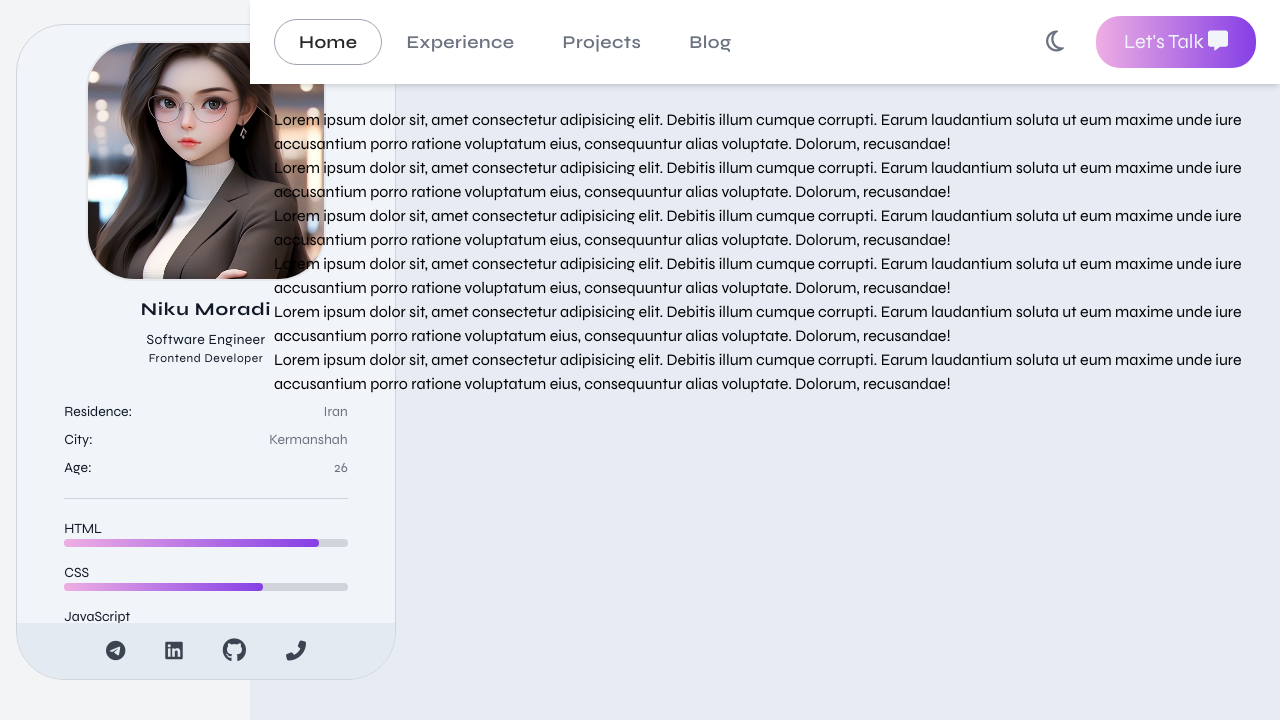
Repository: NikuMoradi/niku-moradi
Page: /
The author's editor kept a copy of each file at every save. The page is drawn from the files as they stood at one save, then again after the next save.
The browser window is 1280 px wide. The pictures show the whole page.
The project was rebuilt for these pictures with package versions that can differ from the ones it lists, and the page was loaded fresh each time. The framework's server and built-in components were replaced by stand-ins that run in the browser. Also part of the build but not shown: nuxt.config.ts, components/Blog Posts/Component-Design.vue, components/Blog.vue, components/Contact.vue, components/Education.vue, components/Experience.vue, components/Hero.vue, components/Menu.vue and 4 more.

Above is the page before, as saved 2024-12-02 17:44:48.

After the next save:
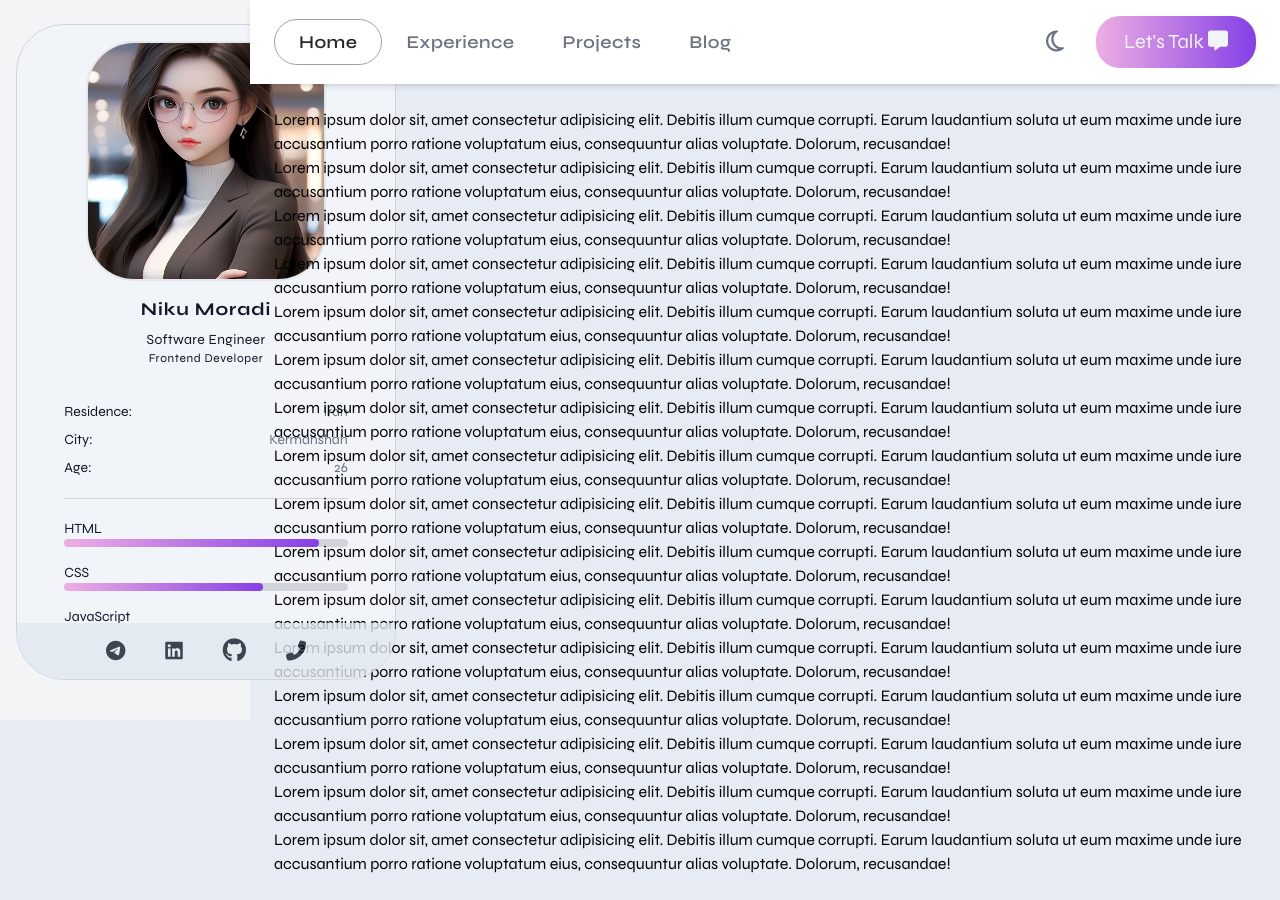
Saved 8 s later.
--- a/layouts/default.vue
+++ b/layouts/default.vue
@@ -14,6 +14,66 @@
 
       <!-- Main Content: Scrollable -->
       <main class="overflow-y-auto p-6">
+        <p>
+          Lorem ipsum dolor sit, amet consectetur adipisicing elit. Debitis
+          illum cumque corrupti. Earum laudantium soluta ut eum maxime unde iure
+          accusantium porro ratione voluptatum eius, consequuntur alias
+          voluptate. Dolorum, recusandae!
+        </p>
+        <p>
+          Lorem ipsum dolor sit, amet consectetur adipisicing elit. Debitis
+          illum cumque corrupti. Earum laudantium soluta ut eum maxime unde iure
+          accusantium porro ratione voluptatum eius, consequuntur alias
+          voluptate. Dolorum, recusandae!
+        </p>
+        <p>
+          Lorem ipsum dolor sit, amet consectetur adipisicing elit. Debitis
+          illum cumque corrupti. Earum laudantium soluta ut eum maxime unde iure
+          accusantium porro ratione voluptatum eius, consequuntur alias
+          voluptate. Dolorum, recusandae!
+        </p>
+        <p>
+          Lorem ipsum dolor sit, amet consectetur adipisicing elit. Debitis
+          illum cumque corrupti. Earum laudantium soluta ut eum maxime unde iure
+          accusantium porro ratione voluptatum eius, consequuntur alias
+          voluptate. Dolorum, recusandae!
+        </p>
+        <p>
+          Lorem ipsum dolor sit, amet consectetur adipisicing elit. Debitis
+          illum cumque corrupti. Earum laudantium soluta ut eum maxime unde iure
+          accusantium porro ratione voluptatum eius, consequuntur alias
+          voluptate. Dolorum, recusandae!
+        </p>
+        <p>
+          Lorem ipsum dolor sit, amet consectetur adipisicing elit. Debitis
+          illum cumque corrupti. Earum laudantium soluta ut eum maxime unde iure
+          accusantium porro ratione voluptatum eius, consequuntur alias
+          voluptate. Dolorum, recusandae!
+        </p>
+        <p>
+          Lorem ipsum dolor sit, amet consectetur adipisicing elit. Debitis
+          illum cumque corrupti. Earum laudantium soluta ut eum maxime unde iure
+          accusantium porro ratione voluptatum eius, consequuntur alias
+          voluptate. Dolorum, recusandae!
+        </p>
+        <p>
+          Lorem ipsum dolor sit, amet consectetur adipisicing elit. Debitis
+          illum cumque corrupti. Earum laudantium soluta ut eum maxime unde iure
+          accusantium porro ratione voluptatum eius, consequuntur alias
+          voluptate. Dolorum, recusandae!
+        </p>
+        <p>
+          Lorem ipsum dolor sit, amet consectetur adipisicing elit. Debitis
+          illum cumque corrupti. Earum laudantium soluta ut eum maxime unde iure
+          accusantium porro ratione voluptatum eius, consequuntur alias
+          voluptate. Dolorum, recusandae!
+        </p>
+        <p>
+          Lorem ipsum dolor sit, amet consectetur adipisicing elit. Debitis
+          illum cumque corrupti. Earum laudantium soluta ut eum maxime unde iure
+          accusantium porro ratione voluptatum eius, consequuntur alias
+          voluptate. Dolorum, recusandae!
+        </p>
         <p>
           Lorem ipsum dolor sit, amet consectetur adipisicing elit. Debitis
           illum cumque corrupti. Earum laudantium soluta ut eum maxime unde iure
